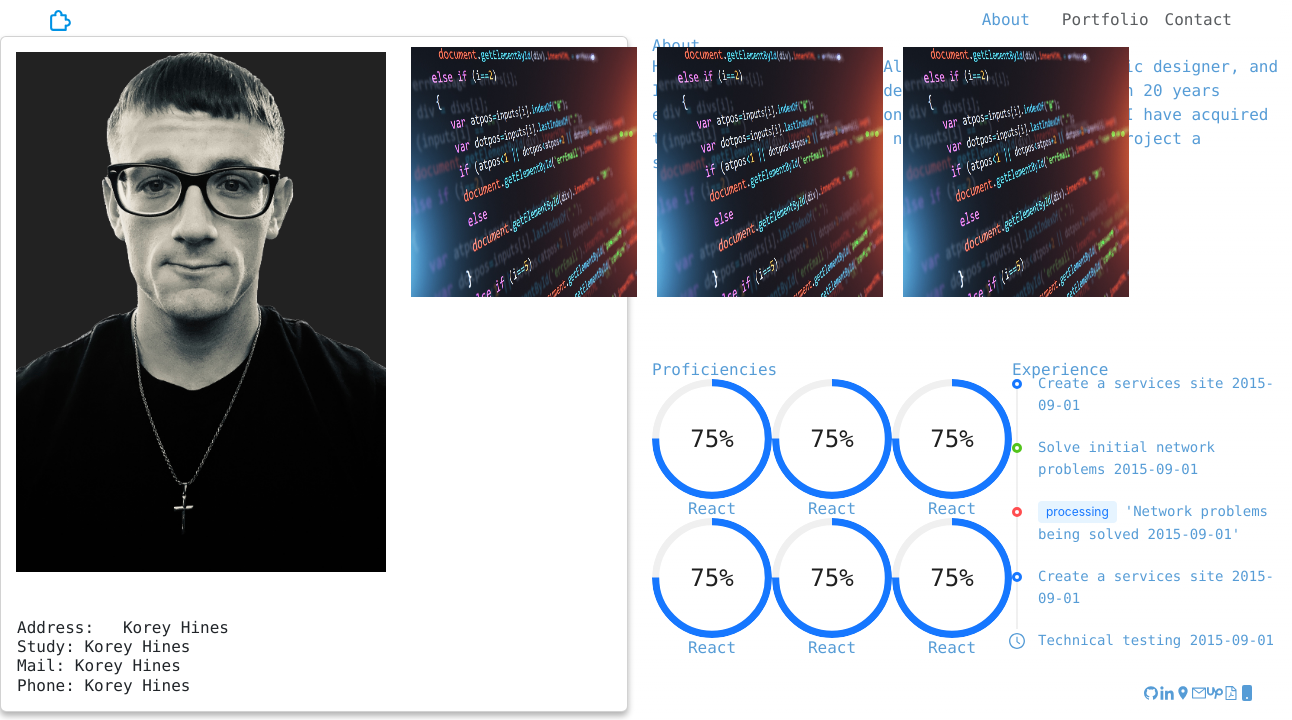
Repository: devkthines/next-portfolio-v2
Page: /about
An editor plug-in stored every save of this project. The page is shown before and after the next save, followed by the edit.
The browser window is 1280 px wide. The page is 1292 px wide, so the pictures cover 1292 px, including what lies to the right of the window. The pictures show the whole page.
The project was rebuilt for these pictures with package versions that can differ from the ones it lists, and the page was loaded fresh each time. The framework's server and built-in components were replaced by stand-ins that run in the browser. Also part of the build but not shown: next.config.js.

Above is the page before, as saved 2023-09-25 21:43:21.

### src/app/layout.tsx
import 'bootstrap/dist/css/bootstrap.css';
import './globals.css'
import '../../css/style.css'
import '../../css/mobile.css'
import type { Metadata } from 'next'
import { Inter } from 'next/font/google'
import TopNav from './components/topNav'
import Footer from './components/footer'
import BottomNav from './components/bottomNav'
// Put any other imports below so that CSS from your
// components takes precedence over default styles.
const inter = Inter({ subsets: ['latin'] })

export const metadata: Metadata = {
  title: "&lt;Korey ❤️ Coding/&gt;",
  description: 'Generated by create next app',
  icons: '/puzzle-piece.svg'
}

export default function RootLayout({
  children,
}: {
  children: React.ReactNode
}) {
  return (
    <html lang="en">
      <head>
        <link rel="shortcut icon" href="/puzzle-piece.svg" type="image/x-icon" />
      </head>
      <body className={inter.className}>
        <TopNav />
        {children}
        <Footer />
        <BottomNav />
      </body>
    </html>
  )
}

### src/app/about/page.js
'use client'
import Container from 'react-bootstrap/Container';
import Row from 'react-bootstrap/Row';
import Col from 'react-bootstrap/Col';
import Button from 'react-bootstrap/Button';
import Card from 'react-bootstrap/Card';
import { Progress, Space } from 'antd';
import { ClockCircleOutlined } from '@ant-design/icons';
import { Timeline } from 'antd';
import Image from 'next/image';
import { Descriptions } from 'antd';
import { Divider, Tag } from 'antd'
import {CaretRightOutlined} from '@ant-design/icons'
const items = [
  {
    key: '1',
    label: 'Name',
    children: 'Zhou Maomao',
  },
  {
    key: '2',
    label: 'Telephone',
    children: '209-366-9363',
  },
  {
    key: '3',
    label: 'Study',
    children: 'Software Engineering',
  },
  {
    key: '4',
    label: 'email',
    children: 'dev.kthines@gmail.com',
  },
  {
    key: '5',
    label: 'Address',
    children: 'Lodi, CA',
  },
];




export default function About() {

  return (
    <div id='about'>
      {/* <div> */}
        <Row>
          <Col id=''>
            <Card id='aboutcard'>
            <div className='d-flex'><Card.Img variant="top" id='aboutImg' src='/images/IMG-update.jpg' />
            <div id='aboutImgs' className='d-flex'>
              <img  className='aboutImgs' src="/images/webstorm-vs-vscode.jpeg" alt="" />
              <img className='aboutImgs' src="/images/webstorm-vs-vscode.jpeg" alt="" />
              <img className='aboutImgs' src="/images/webstorm-vs-vscode.jpeg" alt="" />
            </div></div>
            <Card.Body>
              <h6>Address: &nbsp;  Korey Hines</h6>
              <h6>Study:  Korey Hines</h6>
              <h6>Mail:  Korey Hines</h6>
              <h6>Phone:  Korey Hines</h6>
            </Card.Body>
          </Card>
          </Col>
          <Col id='' className=''>
            <div id='abtTop' className='d-flex '><div>
             <span className='spanabout'> <h1>About</h1></span>
              <p>Hello there! My name is Alan Walker. I am
                a graphic designer, and I'm very passionate and dedicated to my work.
                With 20 years experience as a professional a graphic designer,
                I have acquired the skills and knowledge necessary to make your project a success.</p></div>
              <div className='d-flex'>

              </div>
            </div>
            <div id='abtBtm' className='d-flex'>
            <div>
              <h1>Proficiencies</h1>
              <div className='d-flex'>
                <div className='text-center'><Progress strokeLinecap="butt" type="circle" percent={75} /><h6>React</h6></div>
                <div className='text-center'><Progress strokeLinecap="butt" type="circle" percent={75} /><h6>React</h6></div>
                <div className='text-center'><Progress strokeLinecap="butt" type="circle" percent={75} /><h6>React</h6></div>
              </div>
              <div className='d-flex'>
                <div className='text-center'><Progress strokeLinecap="butt" type="circle" percent={75} /><h6>React</h6></div>
                <div className='text-center'><Progress strokeLinecap="butt" type="circle" percent={75} /><h6>React</h6></div>
                <div className='text-center'><Progress strokeLinecap="butt" type="circle" percent={75} /><h6>React</h6></div>
              </div>
            </div>
            <div> <h1>Experience</h1>
              <Timeline
                // mode="alternate"
                items={[
                  {
                    children: 'Create a services site 2015-09-01',
                  },
                  {
                    children: 'Solve initial network problems 2015-09-01',
                    color: 'green',
                  },
                  {
                    color: 'red',
                    children: <><Tag bordered={false} color="processing">
                      processing
                    </Tag>'Network problems being solved 2015-09-01'</>,
                  },
                  {
                    children: 'Create a services site 2015-09-01',
                  },
                  {
                    dot: <ClockCircleOutlined style={{ fontSize: '16px' }} />,
                    children: 'Technical testing 2015-09-01',
                  },
                ]}
              />
            </div>
            </div>
          </Col>
        </Row>
      {/* </div> */}
    </div>
  )
}

### css/style.css
* {
    box-sizing: border-box;
    margin: 0;
    padding: 0;
    font-family: Consolas, "Courier New", monospace;
    /* background-color: #222222; */
    color: #569cd6;

}

body {
    background-color: white;
}

.infoSection {
    /* width: 80vw; */
    height: 90vh;
    /* display: flex; */
    /* justify-content: center; */
    /* margin-bottom: 20vh; */
    background-color: #222222;
    border-bottom: 3px solid #569cd6;
}

#infoCol {
    display: flex;
    justify-content: center;
}

.aboutSection {
    /* width: 80vw; */
    padding-top: 100px;
    /* height: 70vh; */
    background: linear-gradient(#222222, rgb(24, 24, 24));
}

#portrait {
    width: 40vw;
    height: 80vh;
    /* border-radius: 0 0 2rem 2rem; */
}

#portraitCol {
    display: flex;
    justify-content: center;
}

#portrait:hover {
    transform: rotateX(180deg);
}

.imgTest {
    margin: 10px;
}

.imgTest:active {
    flex-grow: 10000;
    transform: scale(1);

    max-width: 600px;
    margin: 0px;
    border-radius: 40px;

    background-size: auto 100%;
}

.tab-content {
    height: 100% !important;
    margin-left: 25% !important;
}

/* .color-change{
    background-color: greenyellow;
} */
.noShow {
    display: none;
}

.buttonShow {
    display: block;
}

#tile1 {
    width: 700px;
    height: 500px;
}

#experience {
    padding-top: 50px;
    height: auto;
}

main {
    display: flex;
    flex-direction: column;
    justify-content: center;
    align-items: center;
}

.middle {
    transition: .5s ease;
    opacity: 0;
    position: absolute;
    top: 50%;
    left: 50%;
    transform: translate(-50%, -50%);
    -ms-transform: translate(-50%, -50%);
    text-align: center;
}

#imageTile1 {
    position: relative;
    width: 40vw;
    height: 70vh;
}

#tile1 {
    width: 100%;
    height: 100%;
}

#imageTile1:hover #tile1 {
    opacity: 0.3;
}

#imageTile1:hover .middle {
    opacity: 1;
}

.text {
    background-color: #04AA6D;
    color: white;
    font-size: 16px;
    padding: 16px 32px;
}

#no-expand {
    display: none;

}

#expandIt {
    display: block;
}

.no-Display {
    display: none;
}

.okToDisplay {
    display: block;
}

a.nav-link {
    color: #569cd6;
}


#topNav {
    background-color: white;
    display: none;
    /* position: fixed; */
    /* top: 0; */
    width: 100%;
    height: 5vh;
}

#footer {
    display: flex;
    justify-content: space-between;
    padding: 0 25px;
}

#bottomNav {
    display: flex;
    position: fixed;
    bottom: 0;
    width: 100%;
    background-color: white;
    font-size: 16px;
}
#about{
    /* margin-top: 10vh; */
    height: 90vh;
    /* overflow: hidden; */
}

#aboutImg{
    width: 400px;
    /* height: ; */
    padding: 15px 15px 30px;
}
#aboutcard{
    box-shadow: 0 4px 6px rgba(0, 0, 0, .3);
    /* height: fit-content; */
    /* width: 400px; */

}
.interests{
    width: 200px;
    height: 300px;
}
.interestImg{
    width: 200px;
    height: 200px;
}
#abtTop{
    height: 45vh;
}
#abtBtm{
    height: 45vh;
}
#abtLeft{
    /* width: 25vw; */
}
#abtRight{
    /* width: 75vw; */
}
.aboutImgs{
    width: 250px;
    height: 250px;
    margin: 10px;
}
#aboutImgs{

}
.spanabout ::after{
margin-left: 25px;
width: 5000px;
height: 1px;
background-color: #7d7789;
}

### css/mobile.css
@media screen and (min-width: 640px){

    /* background-color: green!important; */
    #portrait{
        width: 500px;
        height: 500px;
        /* border-radius: 0 0 2rem 2rem; */

    }

main{
    /* color: white!important; */
}
}
@media screen and (min-width: 768px){
#portraitCol{

    justify-content: start;
}
#infoCol{
    justify-content: end;
    /* text-align: end; */
}
}
@media screen and (min-width: 1024px){
    #portrait{
        width: 600px;
        height: 600px;
        /* border-radius: 0 0 2rem 2rem; */
    }
    #topNav{
        display:flex ;
    }
    #bottomNav{
        display: none;
    }
}
@media screen and (min-width: 1280px){

}
@media screen and (min-width: 1536px){

}

### src/app/components/topNav.js
'use client';
import Nav from 'react-bootstrap/Nav';
import Image from 'next/image';


export default function TopNav(){

    return(
        <header>
        {/* <Navbar id='topNav' className={`${color ? 'color-change' : ''}`} sticky='top' expand="lg" > */}

        <Nav id='topNav' variant="underline" defaultActiveKey="/home" className='d-flex justify-content-between'>
       <div className='ms-5'><Nav.Item>
          <Nav.Link href="/"><Image width={25} height={25} id='navbrand' src="/puzzle-piece.svg" alt="" /></Nav.Link>
        </Nav.Item></div>
        <div className='d-flex me-5'><Nav.Item className='px-3'>
          <Nav.Link href="/about">About</Nav.Link>
        </Nav.Item>
        <Nav.Item className='px-3'>
          <Nav.Link eventKey="disabled" disabled>
            Portfolio
          </Nav.Link>
        </Nav.Item>
        <Nav.Item>
          <Nav.Link eventKey="disabled" disabled>
            Contact
          </Nav.Link>
        </Nav.Item>
        </div>
      </Nav>
      </header>
    )
} ;

### src/app/components/footer.js
'use client'

import OverlayTrigger from 'react-bootstrap/OverlayTrigger';
import Card from 'react-bootstrap/Card';
import { AiFillGithub } from 'react-icons/ai';
import { GrLinkedinOption } from 'react-icons/gr';
import { MdVolunteerActivism } from 'react-icons/md';
import { IoLogoCss3 } from 'react-icons/io';
import { IoLogoJavascript } from 'react-icons/io';
import { CgGym } from 'react-icons/cg';
import { AiOutlineMail } from 'react-icons/ai';
import { AiOutlineFilePdf } from 'react-icons/ai';
import { BsFillPhoneFill } from 'react-icons/bs';
import { MdLocationOn } from 'react-icons/md';
import { SiUpwork } from 'react-icons/si';
// import PicOfMe from '/images/image_67220481.JPG'
import Container from 'react-bootstrap/Container';
import Row from 'react-bootstrap/Row';
import Col from 'react-bootstrap/Col';
import { useEffect } from 'react';
import Tooltip from 'react-bootstrap/Tooltip';
import $ from 'jquery'

 export default function Footer(){
    const btnName = {
        'gitHub': {
          'id': 1,
          "placement": "bottom",
          "info": "gitHub",
          "icon": <a href="https://github.com/devkthines" target='_blank'>
            <button className='quickLinks'><AiFillGithub /></button></a>
        },
        'linkedIn': {
          'id': 2,
          "placement": "bottom",
          "info": "linkedIn",
          "icon": <a href="https://www.linkedin.com/in/korey-hines-17b0a9263" target='_blank'><button className='quickLinks'><GrLinkedinOption />
          </button></a>
        },
        'gMaps': {
          'id': 3,
          "placement": "bottom",
          "info": "gMaps",
          "icon": <a href="https://goo.gl/maps/BovFkBEjUMQ6VBob9" target='_blank'>
            <button className='quickLinks'><MdLocationOn /></button></a>
        },
        'gMail': {
          'id': 4,
          "placement": "bottom",
          "info": "gMail",
          "icon": <a href="mailto:dev.kthines@gmail.com"><button className='quickLinks'><AiOutlineMail /></button></a>
        },
        'upWork': {
          'id': 5,
          "placement": "bottom",
          "info": "upWork",
          "icon": <a href="https://www.upwork.com/freelancers/~01ae4feb16c6fa7213?viewMode=1" target='_blank'>
            <button className='quickLinks'><SiUpwork /></button></a>
        },
        'redPDF': {
          'id': 6,
          "placement": "bottom",
          "info": "resume",
          "icon": <a className='aLink' target="_blank" href="/files/hinesResume.pdf">
            <button className='quickLinks'><AiOutlineFilePdf /></button></a>
        },
        'phone': {
          'id': 7,
          "placement": "bottom",
          "info": "phone",
          "icon": <a href="tel:2093669363" >  <button className='quickLinks'><BsFillPhoneFill /></button></a>
        }
      }
    return(
        <>
        <footer id='footer'><p>Copyright 2023- Korey Hines</p>
       <div> {Object.entries(btnName).map(([k, v]) => (
                <div className='d-inline-block' key={v.id}>
                  <OverlayTrigger
                    trigger="hover"
                    key={v.id}
                    placement={v.placement}
                    overlay={

                      <Tooltip id={`tooltip-${v.placement}`}>
                        {v.info}
                      </Tooltip>
                    }
                  >
                    {v.icon}
                  </OverlayTrigger>
                </div>))}
</div>
        </footer>
        </>
    )
 }

### src/app/components/bottomNav.js
'use client'
import Nav from 'react-bootstrap/Nav';
import Image from 'next/image';
export default function BottomNav(){

    return(
        <>
        <Nav id='bottomNav' className="justify-content-center" activeKey="/home">
        <Nav.Item>
          <Nav.Link href="/"><Image width={25} height={25} id='navbrand' src="/puzzle-piece.svg" alt="" /></Nav.Link>
        </Nav.Item>
        <Nav.Item>
          <Nav.Link eventKey="link-1">About</Nav.Link>
        </Nav.Item>
        <Nav.Item>
          <Nav.Link eventKey="link-2">Portfolio</Nav.Link>
        </Nav.Item>
        <Nav.Item>
          <Nav.Link eventKey="disabled" disabled>
            Contact
          </Nav.Link>
        </Nav.Item>
      </Nav>
        </>
    )
}

Loaded but not shown: src/app/globals.css (common file); tailwind.config.ts (common file)

After the next save:
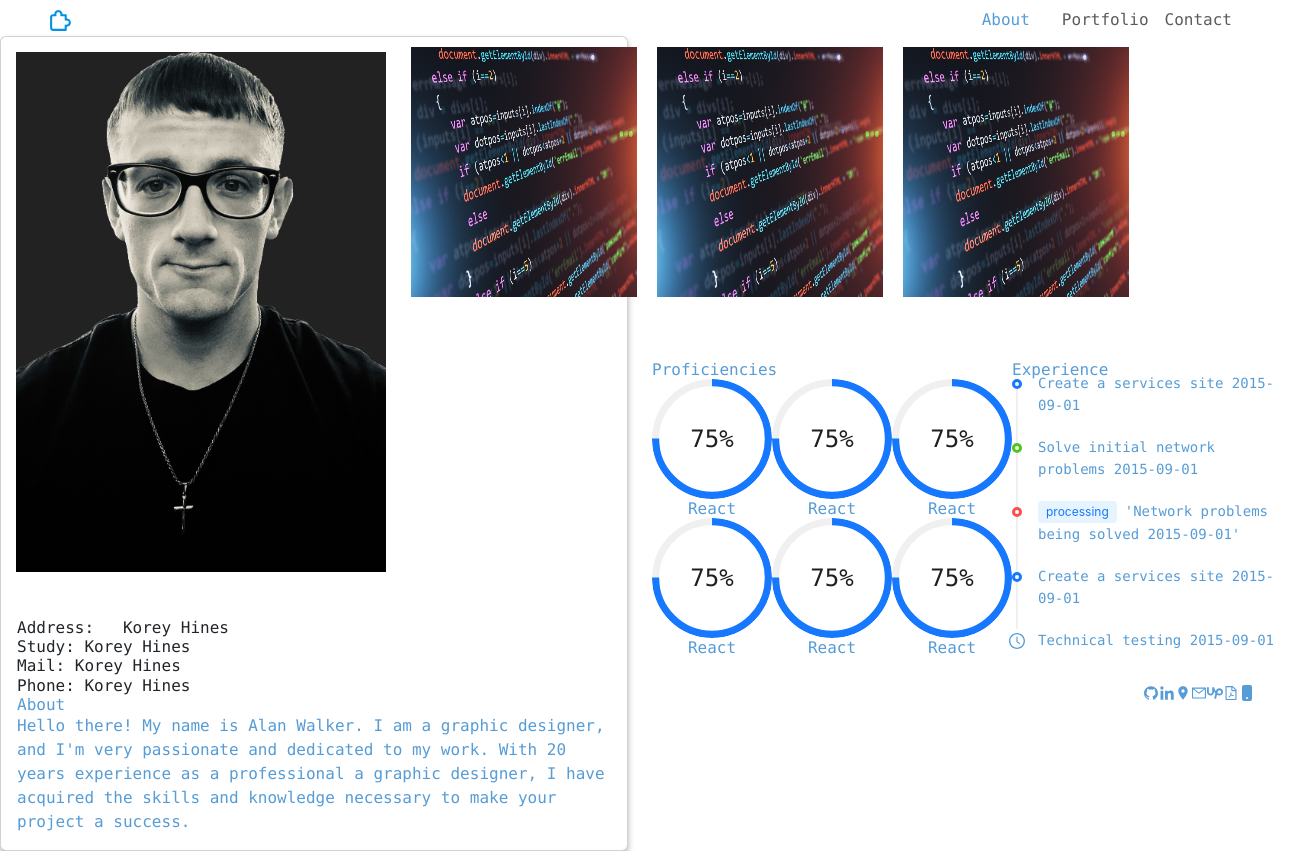
Saved 13 s later.
--- a/src/app/about/page.js
+++ b/src/app/about/page.js
@@ -60,17 +60,17 @@ export default function About() {
               <h6>Address: &nbsp;  Korey Hines</h6>
               <h6>Study:  Korey Hines</h6>
               <h6>Mail:  Korey Hines</h6>
-              <h6>Phone:  Korey Hines</h6>
+              <h6>Phone:  Korey Hines</h6> <span className='spanabout'> <h1>About</h1></span>
+              <p>Hello there! My name is Alan Walker. I am
+                a graphic designer, and I'm very passionate and dedicated to my work.
+                With 20 years experience as a professional a graphic designer,
+                I have acquired the skills and knowledge necessary to make your project a success.</p>
             </Card.Body>
           </Card>
           </Col>
           <Col id='' className=''>
             <div id='abtTop' className='d-flex '><div>
-             <span className='spanabout'> <h1>About</h1></span>
-              <p>Hello there! My name is Alan Walker. I am
-                a graphic designer, and I'm very passionate and dedicated to my work.
-                With 20 years experience as a professional a graphic designer,
-                I have acquired the skills and knowledge necessary to make your project a success.</p></div>
+            </div>
               <div className='d-flex'>
 
               </div>
